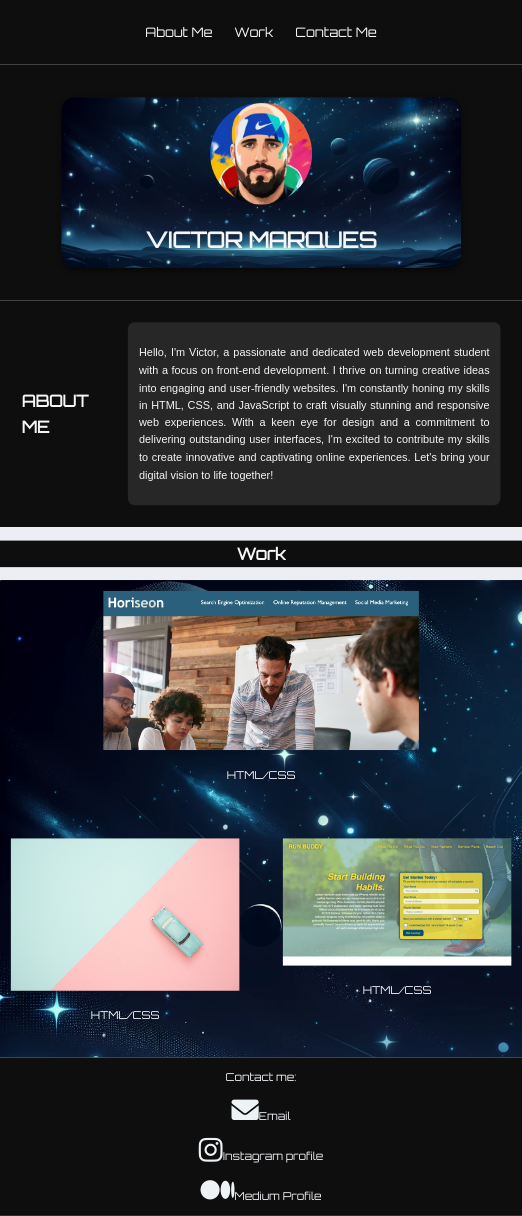
Repository: uvee35/Challenge2-Victor
Page: index.html
An editor plug-in stored every save of this project. The page is shown before and after the next save, followed by the edit.
The browser window is 768 px wide. The pictures show the whole page, at 68% of full size.

Above is the page before, as saved 2023-12-12 22:39:29.

After the next save:
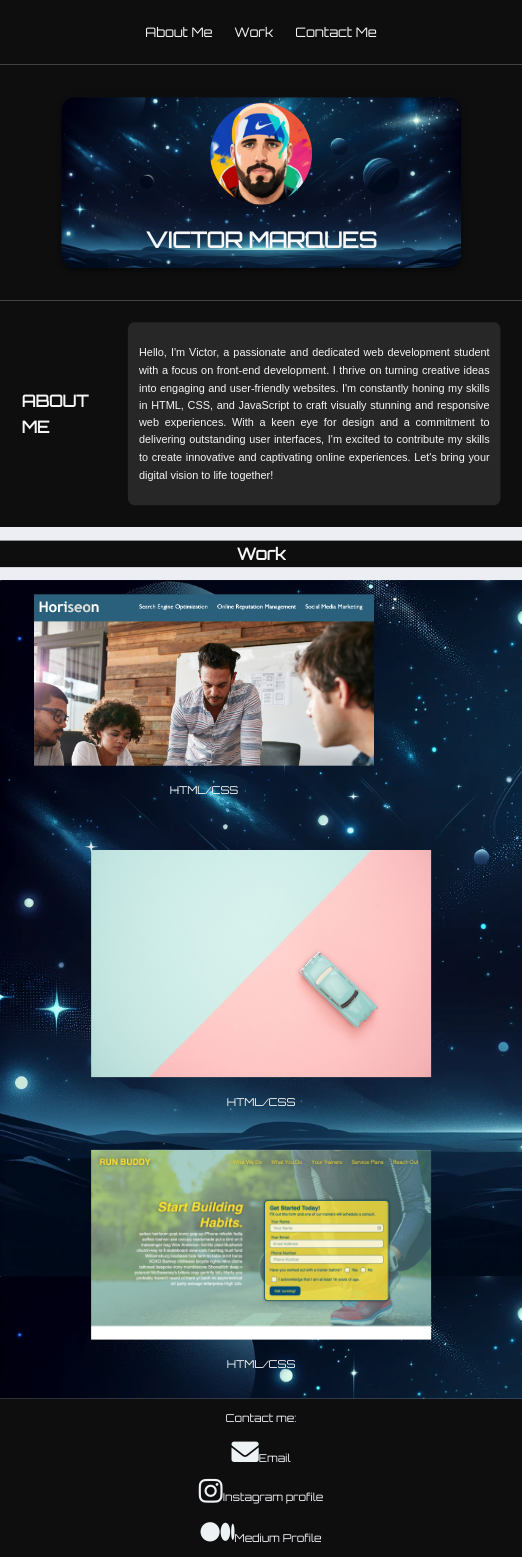
Saved 115 s later.
--- a/assets/style.css
+++ b/assets/style.css
@@ -298,4 +298,15 @@
   .social-icon {
     font-size: 2.5rem;
   }
-}
+
+}
+@media (max-width: 768px) {
+  .project-row {
+    flex-direction: column;
+  }
+
+  .project {
+    width: 100%; /* Each project takes full width */
+    margin: 5px 0; /* Only vertical margin */
+  }
+}
